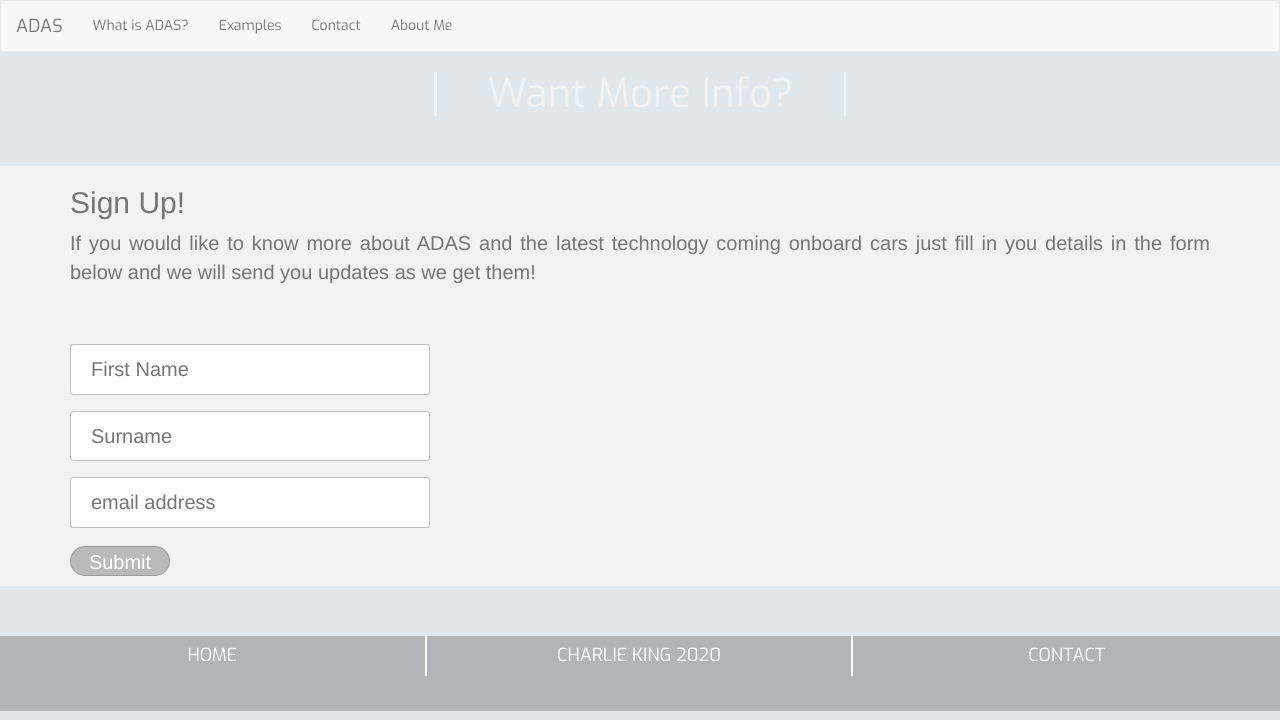
Repository: Cha-K28/First-Milestone-Project
Page: contact.html
The author's editor kept a record of every edit. The page is drawn from the files as they stood at one moment, then again after the next edit.
The browser window is 1280 px wide. The pictures show the whole page.

Above is the page before.

### contact.html
<!DOCTYPE html>
<html lang="en">

<head>
    <meta charset="utf-8">
    <meta name="viewport" content="width=device-width, initial-scale=1">
    <link rel="stylesheet" href="https://maxcdn.bootstrapcdn.com/bootstrap/3.4.1/css/bootstrap.min.css">
    <script src="https://ajax.googleapis.com/ajax/libs/jquery/3.4.1/jquery.min.js"></script>
    <script src="https://maxcdn.bootstrapcdn.com/bootstrap/3.4.1/js/bootstrap.min.js"></script>
    <link href="https://fonts.googleapis.com/css?family=Exo&display=swap" rel="stylesheet">

    <link rel="stylesheet" href="css/style.css" type="text/css" />
    <title>ADAS - What is it?</title>
</head>

<body>
    <!-- header  -->
    <header>
        <nav class="navbar navbar-default">
            <div class="container-fluid">
                <div class="navbar-header">

                    <button type="button" class="navbar-toggle" data-toggle="collapse" data-target="#myNavbar">
                        <span class="icon-bar"></span>
                        <span class="icon-bar"></span>
                        <span class="icon-bar"></span>
                    </button>

                    <a class="navbar-brand" href="index.html">ADAS</a>
                </div>
                <div class="collapse navbar-collapse" id="myNavbar">
                    <ul class="nav navbar-nav">
                        <li><a href="what_is_adas.html">What is ADAS?</a></li>
                        <li><a href="examples.html">Examples</a></li>
                        <li><a href="contact.html">Contact</a></li>
                        <li><a href="about_me.html">About Me</a></li>
                    </ul>
                </div>
        </nav>
    </header>
    <!-- End header  -->

    <H1>Want More Info?</H1>

    <div class="bright_background">

        <div class="container">

            <h2>Sign Up!</h2>


            <p>
                If you would like to know more about ADAS and the latest technology coming onboard cars just fill in you details in the form below and we will send you updates as we get them!
            </p>

            <div class="row">

                <div class="col-md-4">
                    <form>
                        <input type="text" name="first_name" placeholder="First Name" />
                        <input type="text" name="surname" placeholder="Surname" />
                        <input type="email" name="email" placeholder="email address">
                        <input type="submit" value="Submit" />
                    </form>
                </div>

            </div>


        </div>
    </div>



    <!-- footer -->
    <div class="footer">
        <footer class="container-fluid">
            <div class="row">
                <div class="footer_background">
                    <div class="col-sm-4 footer_box">
                        <h4><a href="index.html">Home</a></h4>
                    </div>
                    <div class="col-sm-4 footer_box">
                        <h4>Charlie King 2020</h4>

                    </div>

                    <div class="col-sm-4">
                        <h4><a href="contact.html">Contact</a></h4>

                    </div>
                </div>
            </div>
    </div>



    </footer>

    <!-- End footer -->

</body>

</html>

### css/style.css
body {
  background-color: #e1e8ed;
}


/* --------------------------------------- headings etc*/

.top_headings {
  background-color: #75757573;

}

h1 {
  width: fit-content;
  display: block;
  text-align: center;
  font-size: 40px;
  font-family: 'Exo', sans-serif;
  color: #f2f2f2;
  margin-left: auto;
  margin-right: auto;
  padding-left: 50px;
  padding-right: 50px;
  border-left: solid 3px #f2f2f2;
  border-right: solid 3px #f2f2f2;
  margin-bottom: 50px;

}

@media (Min-Width:768px) {

  h1 {
    border-right: solid 2px #f2f2f2;
  }

}

h2 {
  text-align: left;
}

.container {

  font-size: 20px;
  color: #757575;
  text-align: justify;

}




.background-image {
  background-image: url(../images/background.png);
  background-size: cover;
  height: 450px;
  width: auto;
  background-position: center;
  background-repeat: no-repeat;
  margin-bottom: 50px;


}

.background-image-2 {
  background-image: url(../images/backround_image_2.jpg);
  background-size: cover;
  height: 200px;
  width: auto;
  background-position: center;
  background-repeat: no-repeat;
  margin-bottom: 50px;

}


p {
  margin-bottom: 50px;

}



img {

  margin-left: 75px;
  width: 300px;
  height: 200px;
  border: solid;

}

.bright_background {
  background-color: #f2f2f2;
}


button {
  display: block;
  margin-left: auto;
  margin-right: auto;
  margin-bottom: 15px;
  border-radius: 25px;
  color: white;
  background-color: #af2626;

}

button:hover {
  background-color: #f2f2f2 ;
  border: solid 1px #757575 ;
  transition-duration: 3s;




}

a:hover {
  color: #757575 ;
  transition-duration: 2s;
}





@media (Max-Width:768px) {

  .background-image {
    height: 350px;
  }
}


@media (Max-Width:414px) {

  .background-image {
    height: 200px;
  }
}




/* ---------------------------------- contact form */

input[type=email] {
  width: 100%;
  background-color: white;
  color: #75757573;
  padding: 10px 20px;
  margin: 8px 0;
  border: solid #75757573 1px;
  border-radius: 4px;
  cursor: pointer;

}

input[type=text] {
  width: 100%;
  background-color: white;
  color: #75757573;
  padding: 10px 20px;
  margin: 8px 0;
  border: solid #75757573 1px;
  border-radius: 4px;
  cursor: pointer;

}

input[type=submit] {
  width: 100px;
  height: 30px;
  border-radius: 25px;
  border: solid #75757573 1px;
  margin-top: 10px;
  color: white;
  background-color: #75757573;
  margin-bottom: 10px;

}

/* ----------------------------------------- Contat Form */

a {
  font-family: "Exo", sans-serif;
  color: white;
}


/* ----------------------------footer */

.footer {
  margin-top: 50px;
}


.footer_background {
  background-color: #75757573;
  height: 75px;
  position: relative;
  width: 100%;


}

h4 {
  margin-top: 10px;
  text-align: center;
  font-family: 'Exo', sans-serif;
  color: white;
  text-transform: uppercase;
}



@media (Min-Width:768px) {

  .footer_box {
    border-right: solid 2px white;
  }

}


/* ------------------------------footer */

After the next edit:
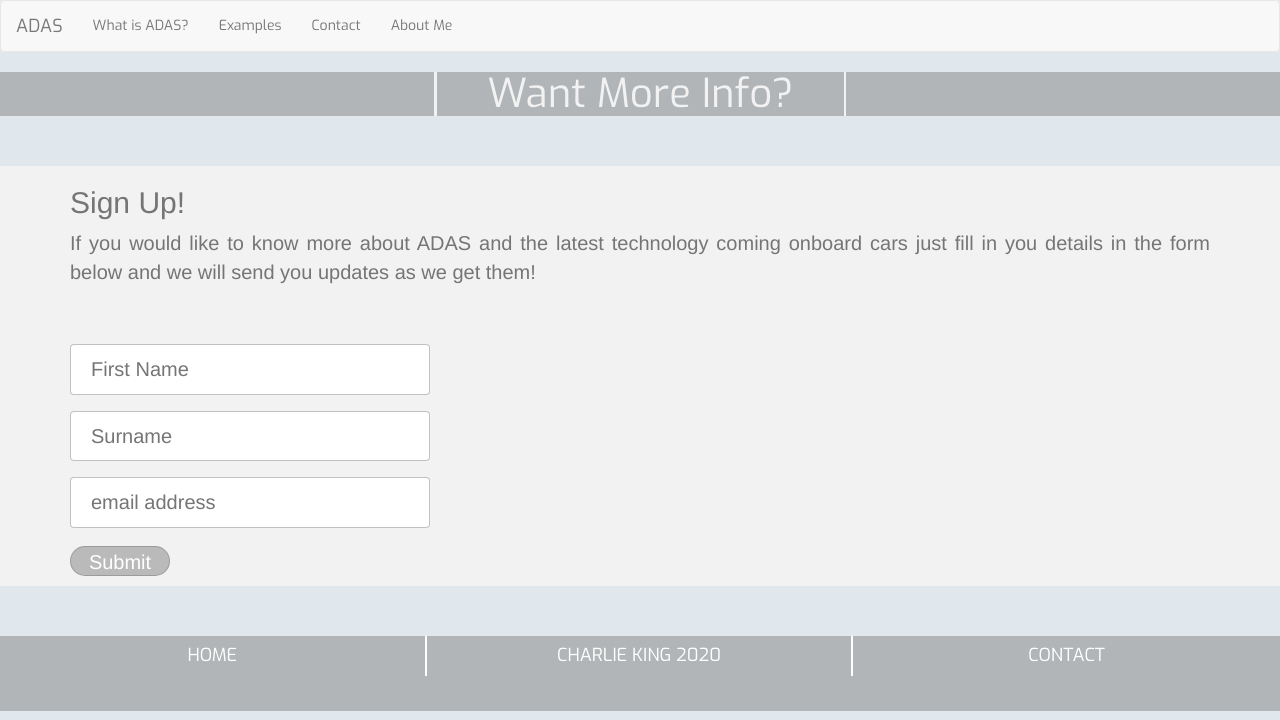
The edit:
--- a/contact.html
+++ b/contact.html
@@ -40,7 +40,9 @@
     </header>
     <!-- End header  -->
 
-    <H1>Want More Info?</H1>
+    <div class="top_headings">
+        <H1>Want More Info?</H1>
+    </div>
 
     <div class="bright_background">
 
